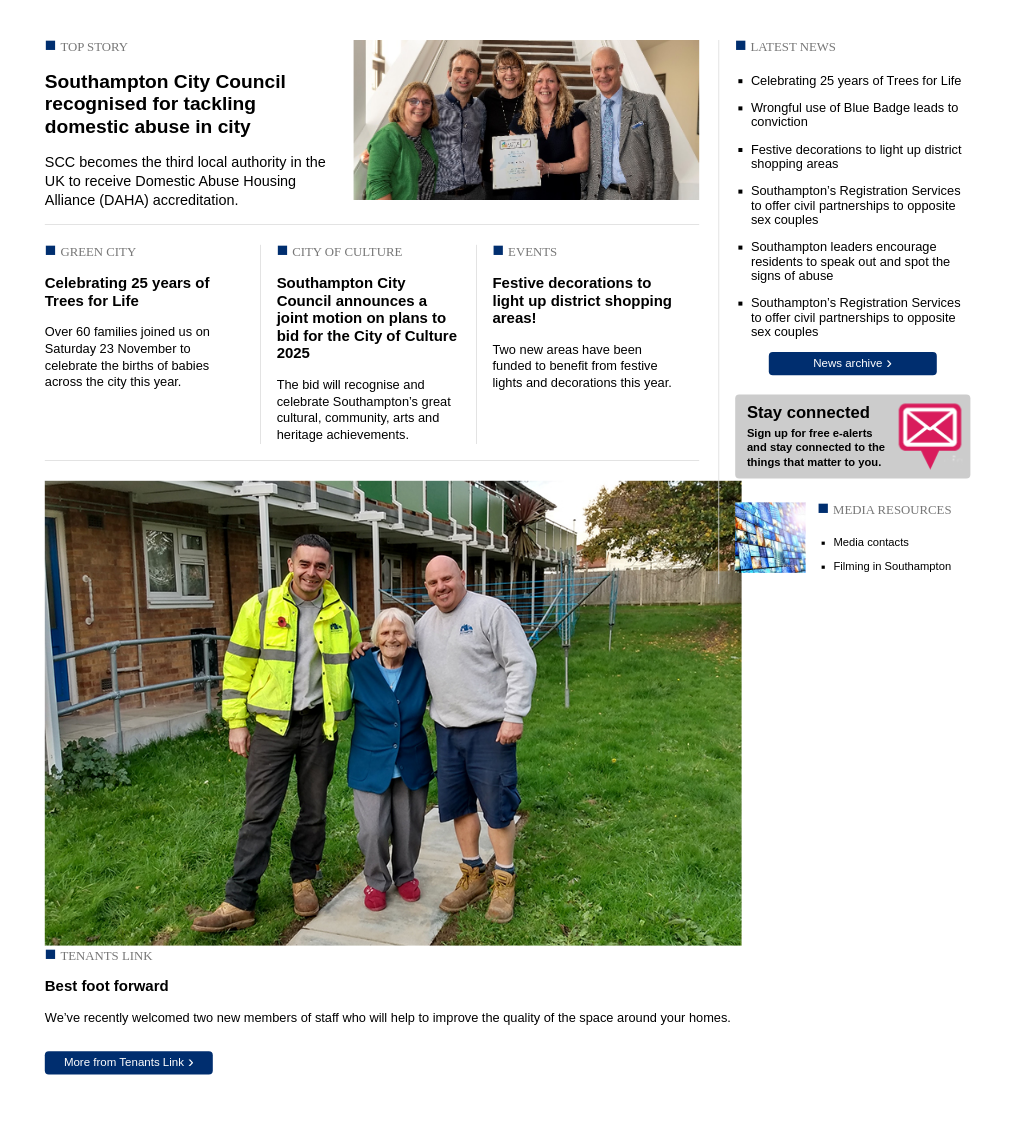
Repository: Domehead123/newspage
Page: index.html
The author's editor kept a record of every edit. The page is drawn from the files as they stood at one moment, then again after the next edit.
The browser window is 1280 px wide. The pictures show the whole page, at 80% of full size.
Some web libraries are served in a nearby version.

Above is the page before.

### index.html
<!DOCTYPE html>
<html lang="en">

<head>
    <meta charset="UTF-8">
    <meta name="viewport" content="width=device-width, initial-scale=1.0">
    <meta http-equiv="X-UA-Compatible" content="ie=edge">
    <script src="https://ajax.googleapis.com/ajax/libs/jquery/3.4.1/jquery.min.js"></script>

    <script src="https://kit.fontawesome.com/aae406265c.js" crossorigin="anonymous"></script>

    <link rel="stylesheet" href="news.css" type="text/css" />
    <title>News & Events</title>
</head>

<body>
    <div class="page-width">

        <div class="split-page">
            <div class="top-row">
                <div class="top-story">

                    <a href="#"><img class="top-large-pic" src="images/DAHA.jpg"></a>
                    <div class="subject-header">TOP STORY</div>


                    <h2><a href="#">

Southampton City Council recognised for tackling domestic abuse in city</a></h2>
                    <p><a href="#"><img class="top-small-pic" src="images/DAHA.jpg">SCC becomes the third local authority in the UK to receive Domestic Abuse Housing Alliance (DAHA) accreditation.</a></p>
                </div>


            </div>

            <div class="latest-news">
                <div class="subject-header">LATEST NEWS</div>

                <ul>
                    <li><a href="#">Celebrating 25 years of Trees for Life</a></li>
                    <li><a href="#">Wrongful use of Blue Badge leads to conviction</a></li>
                    <li><a href="#">Festive decorations to light up district shopping areas</li>
                    <li><a href="#">Southampton’s Registration Services to offer civil partnerships to opposite sex couples</a></li>
                    <li><a href="#">Southampton leaders encourage residents to speak out and spot the signs of abuse</a></li>
                    <li><a href="#">Southampton’s Registration Services to offer civil partnerships to opposite sex couples</a></li>

                </ul>
                <p class="more centre"><a href="#">News archive</a></p>
            </div>


            <div class="middle-row">
                <div class="topic">
                    <div class="subject-header ">GREEN CITY</div>

                    <h3><a href="#">
Celebrating 25 years of Trees for Life
 </a></h3>
                    <p><a href="#">Over 60 families joined us on Saturday 23 November to celebrate the births of babies across the city this year.</a></p>
                </div>
                <div class="topic">
                    <div class="subject-header">CITY OF CULTURE</div>

                    <h3><a href="#">Southampton City Council announces a joint motion on plans to bid for the City of Culture 2025</a></h3>
                    <p><a href="#">The bid will recognise and celebrate Southampton’s great cultural, community, arts and heritage achievements.</a></p>
                </div>

                <div class="topic">
                    <div class="subject-header ">EVENTS</div>

                    <h3><a href="#">
Festive decorations to light up district shopping areas!
 </a></h3>
                    <p><a href="#">Two new areas have been funded to benefit from festive lights and decorations this year.</a></p>

                </div>

            </div>




            <div class="bottom-row">

                <div class="tenants-container">
                    <div class="tenants"><a href="#"><img src="images/tenants.jpg"></a>

                        <div class="subject-header ">TENANTS LINK</div>

                        <h3><a href="#">Best foot forward</a></h3>
                        <p><a href="#">We’ve recently welcomed two new members of staff who will help to improve the quality of the space around your homes. </a></p>

                    </div>
                    <p class="more"><a href="#">More from Tenants Link</a></p>
                </div>




            </div>




        </div>

        <div class="side-panel">

            <div class="latest-news">
                <div class="subject-header">LATEST NEWS</div>

                <ul>
                    <li><a href="#">Celebrating 25 years of Trees for Life</a></li>
                    <li><a href="#">Wrongful use of Blue Badge leads to conviction</a></li>
                    <li><a href="#">Festive decorations to light up district shopping areas</li>
                    <li><a href="#">Southampton’s Registration Services to offer civil partnerships to opposite sex couples</a></li>
                    <li><a href="#">Southampton leaders encourage residents to speak out and spot the signs of abuse</a></li>
                    <li><a href="#">Southampton’s Registration Services to offer civil partnerships to opposite sex couples</a></li>

                </ul>
                <p class="more centre"><a href="#">News archive</a></p>
            </div>
            <div class="connected">

                <a href="#"><img src="images/connected.png"></a>
                <h2><a href="#">Stay connected</a></h2>

                <p><a href="#">Sign up for free e-alerts and stay connected to the things that matter to you.</a></p>
            </div>

            <div class="media">
                <div class="media-image">
                    <img src="images/media2.jpg">
                </div>


                <div class="media-text">
                    <div class="subject-header ">MEDIA RESOURCES</div>

                    <ul>
                        <li><a href="# ">Media contacts</a></li>
                        <li><a href="# ">Filming in Southampton</a></li>

                    </ul>
                </div>

            </div>






        </div>






</body>

</html>

### news.css
/* REMOVE LEFT-HAND NAV */

.sidebar__content {
    display: none !important;
}

.page-body {
    left: 0 !important;
    width: 100% !important;
    font-size: 20px;
}

.page-width {
    max-width: 1168px;
    margin: 50px auto;
    padding: 0 25px;
}


/* GENERAL STYLING AND LINKS */

h2,
h3,
h4,
li,
p {
    font-family: "franklin-gothic-urw", sans-serif;
}


p {
    font-size: 18px;
    line-height: 130%;
}


a {
    color: #000;
    text-decoration: none;
    transition: 0.4s all;
}

.centre {
    margin: 0 auto;
}


.topic:hover a,
.top-story:hover a,
.tenants:hover a,
.latest-news a:hover,
.connected:hover a,
.more a:hover,
.media a:hover {
    text-decoration: underline;
}

.subject-header {
    color: #777;
}

.subject-header:before {
    content: "\25A0";
    line-height: 0;
    font-size: 1.5em;
    color: #002e6f;
    margin-right: 5px;
}

/* MAIN CONTENT */

.split-page {
    display: inline-block;
    vertical-align: top;
    width: 70%;
}


.split-page .latest-news {
    padding: 25px 0;
    display: none;
    border-bottom: 1px solid #ddd;
    margin-bottom: 0;
}

.top-row {
    display: flex;
    border-bottom: 1px solid #ddd;
}

.middle-row {
    clear: both;
    display: flex;
    flex-wrap: wrap;
    border-bottom: 1px solid #ddd;
    padding: 25px 0 20px 0;
}

.bottom-row {
    clear: both;
    display: flex;
    padding: 25px 0;
}

.top-story {
    margin: 0;
    box-sizing: border-box;
}

.top-story::after {
    content: "";
    clear: both;
    display: table;
}


.top-large-pic {
    display: block;
    margin: 0 0 20px 20px;
    height: 200px;
    float: right;
}

.top-small-pic {
    display: none;
    float: right;
    margin: 0 0 20px 20px;
    height: 100px;
}

.topic {
    width: 33%;
    padding: 0 20px;
    box-sizing: border-box;
    display: inline-block;
    vertical-align: top;
}

.right-border {}

.topic p {
    font-size: 16px;
    margin-bottom: 0;
}

.tenants p {
    font-size: 16px;
}

.topic:nth-child(1) {
    padding: 0 20px 0 0;
    border-right: 1px solid #ddd;
}

.topic:nth-child(2) {
    border-right: 1px solid #ddd;
}

.lower-stories {
    border-right: 1px solid #ddd;
}

.bottom-large-pic {
    height: 200px;
    margin-right: 20px;
    float: left;
}

.bottom-small-pic {
    display: none;
    float: right;
    margin: 0 0 20px 20px;
    height: 100px;
}

.tenants-container {
    margin-right: 20px;
    box-sizing: border-box;
    display: inline-block;
    vertical-align: top;
}

.more {
    font-size: 0.9em;
    background: #002e6f;
    width: 200px;
    padding: 5px;
    text-align: center;
    border-radius: 5px;
}

.tenants-container .more {
    float: left;
}

.more a {
    color: #fff;
}

.more::after {
    content: "\203A";
    color: #fff;
    font-size: 1.5em;
    line-height: 0;
    margin-left: 5px;
    position: relative;
    top: 1px;
}



/* SIDE PANEL */

.side-panel {
    display: inline-block;
    vertical-align: top;
    width: 27%;
    margin-left: 20px;
    border-left: 1px solid #ddd;
    padding-left: 20px;
    box-sizing: border-box;
}

.latest-news {
    margin-bottom: 1.5em;
}

.latest-news ul,
.media ul {
    padding: 0 0 0 20px;
    margin-top: 1.5em;
}

.latest-news ul li,
.media ul li {
    margin: 0 0 1em 0;
    font-size: 16px;
    list-style-type: square;
}

.extras {
    display: flex;
    flex-wrap: wrap;
}


.connected {
    background: #ccc;
    padding: 10px 10px 10px 15px;
    border-radius: 5px;
    margin-bottom: 30px;
    width: 100%;
    box-sizing: border-box;
}

.connected img {
    float: right;
    height: 85px;
    margin-left: 10px;
}

.connected h2 {
    font-size: 1.3em;
    margin: 0 0 5px 0;
}

.connected p {
    font-size: 14px;
    font-weight: bold;
    margin: 0;
}


.connected::after {
    content: "";
    clear: both;
    display: table;
}

.media {
    width: 100%;

}

.media img {
    float: left;
    width: 30%;
    margin-right: 15px;
}

.media ul {
    padding: 0 0 0 20px;
    margin-top: 1.5em;
    margin-bottom: 0;
    display: inline-block;
    box-sizing: border-box;
    width: 60%;
}

.media ul li {
    margin: 0 0 1em 0;
    list-style-type: square;
    font-size: 14px;
}

.extras {
    display: flex;
}


@media only screen and (max-width: 1000px) {
    .split-page {
        width: 100%;
    }

    .side-panel {
        width: 100%;
        border-left: 0;
        margin: 0;
        padding: 0;
    }

    .split-page .latest-news {
        display: block
    }

    .side-panel .latest-news {
        display: none;
    }

    .connected {
        width: 45%;
        margin-right: 25px;
        margin-bottom: 0;
    }

    .media {
        width: 45%;
        border: 1px solid #ddd;
        padding: 15px;
        border-radius: 5px;
        box-sizing: content-box;
    }

}


@media only screen and (max-width: 750px) {
    .top-large-pic {
        display: none;
    }

    .top-small-pic {
        display: block;
    }

    .bottom-large-pic {
        display: none;
    }

    .bottom-small-pic {
        display: block;
    }

    .tenants-container {
        margin-right: 0;
    }

    .tenants-container .more {
        float: none;
        margin: 10px auto;
        clear: both;
    }

}


@media only screen and (max-width: 660px) {
    .connected {
        width: 100%;
        margin-right: 0;
        margin-bottom: 25px;
    }

    .media {
        width: 100%;
    }

    .media img {
        height: 100px;
        width: auto;
    }



}


@media only screen and (max-width: 600px) {
    .topic {
        width: 100%;
    }

    .topic:nth-child(1) {
        padding: 0 0 25px 0;
        border-right: 0;
        border-bottom: 1px solid #ddd;
    }

    .topic:nth-child(2) {
        padding: 25px 0;
        border-right: 0;
        border-bottom: 1px solid #ddd;
    }

    .topic:nth-child(3) {
        padding: 25px 0 0 0;
    }


}



@media only screen and (max-width: 450px) {

    .top-small-pic,
    .bottom-small-pic {
        height: auto;
        width: 100%;
    }
}



@media only screen and (max-width: 400px) {

    .media img {
        display: none;
    }
}

After the next edit:
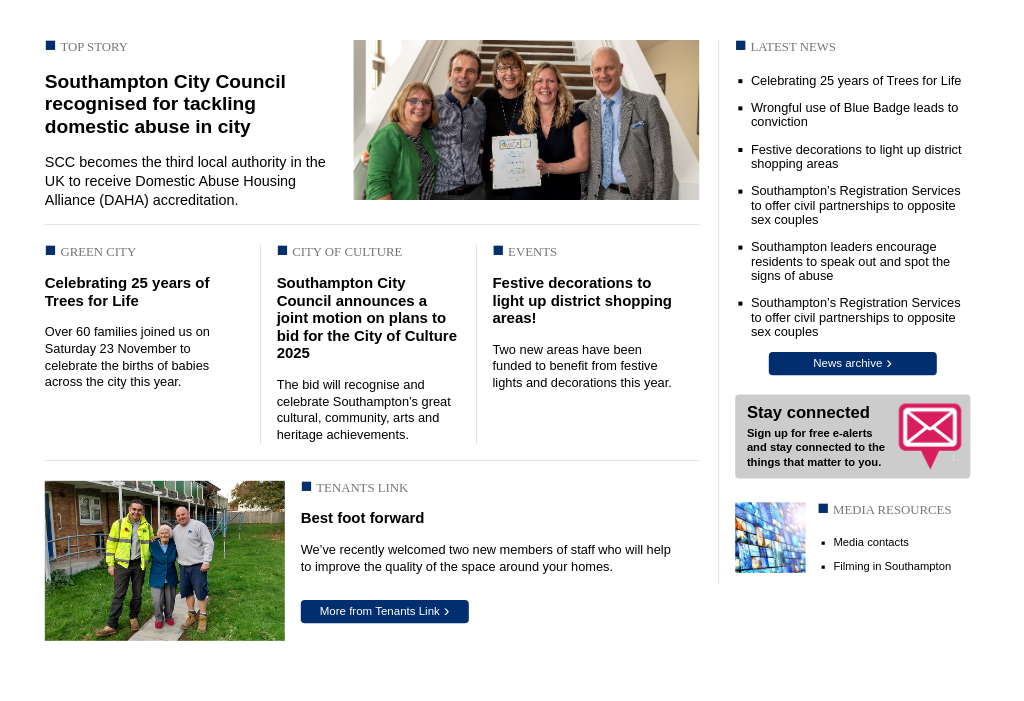
The edit:
--- a/index.html
+++ b/index.html
@@ -83,7 +83,7 @@
             <div class="bottom-row">
 
                 <div class="tenants-container">
-                    <div class="tenants"><a href="#"><img src="images/tenants.jpg"></a>
+                    <div class="tenants"><a href="#"><img class="bottom-large-pic" src="images/tenants.jpg"></a>
 
                         <div class="subject-header ">TENANTS LINK</div>
 
